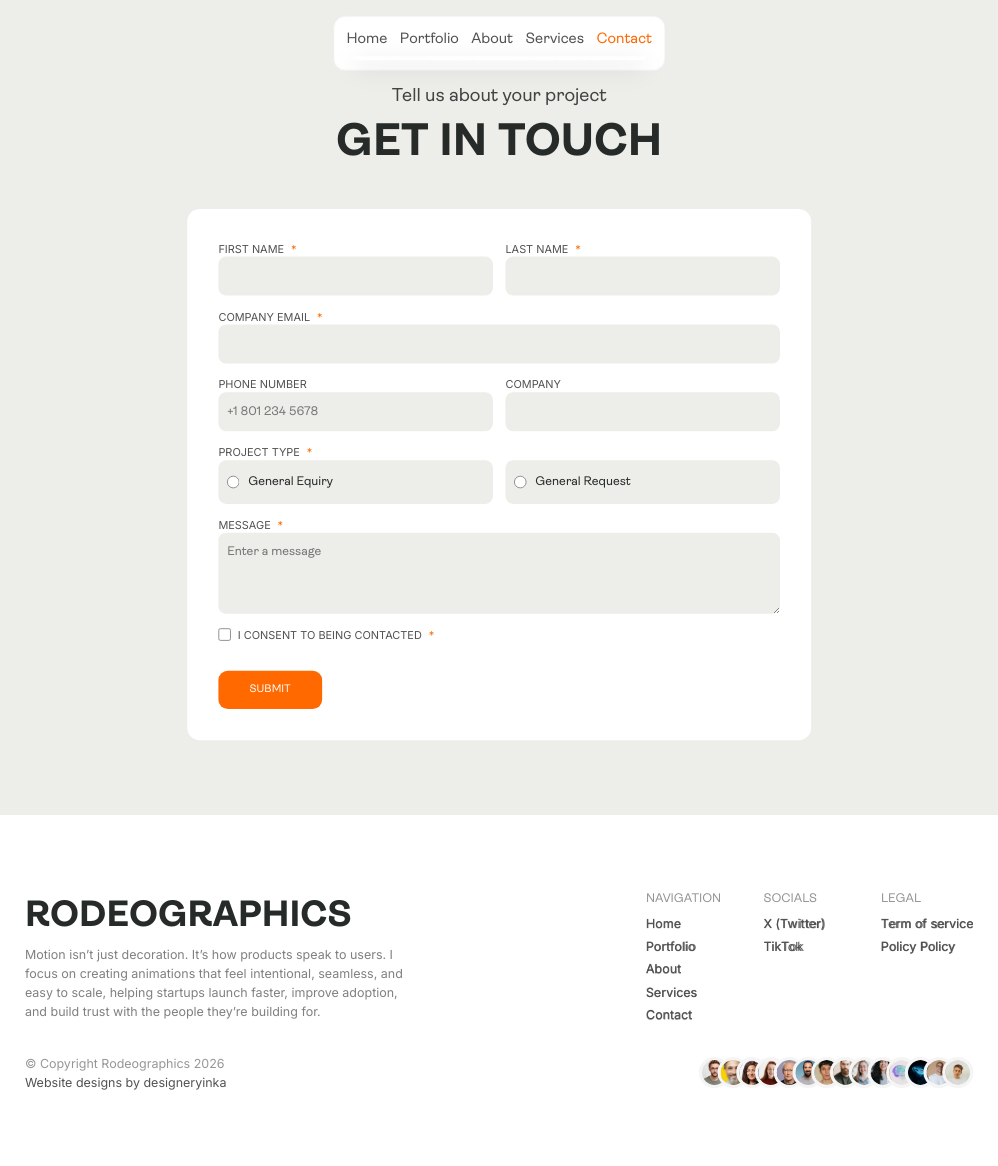
Repository: Ajeyinka/RodeoGraphics
Page: contact.html
An editor plug-in stored every save of this project. The page is shown before and after the next save, followed by the edit.
The browser window is 1280 px wide. The pictures show the whole page, at 78% of full size.

Above is the page before, as saved 2026-02-21 22:45:27.
Console error: ReferenceError: gsap is not defined

### contact.html
<!DOCTYPE html>
<html lang="en">
  <head>
    <meta charset="UTF-8" />
    <meta name="viewport" content="width=device-width, initial-scale=1.0" />
    <title>Contact | Motion Design for Startups</title>

    <meta
      name="description"
      content="Get in touch to discuss motion design for your product, startup, or upcoming launch."
    />
    <meta property="og:title" content="Contact | Motion Design for Startups" />
    <meta
      property="og:description"
      content="Get in touch to discuss motion design for your product, startup, or upcoming launch."
    />
    <meta property="og:image" content="" />
    <meta property="og:type" content="website" />
    <meta property="og:url" content="" />
    <script src="script.js" defer></script>
    <link rel="stylesheet" href="style.css" />
    <link
      rel="shortcut icon"
      href="images/favicon.ico.png"
      sizes="32x32"
      type="image/png"
    />
  </head>
  <body>
    <nav class="section_nav">
      <div class="container_large">
        <div class="container_nav">
          <div class="two-col-flex">
            <div class="nav_brand">
              <a href="index.html" class="nav_brand-link">
                <span>Rodeographics</span>
              </a>
            </div>
            <a href="#" class="toggle_button" id="toggle_button">
              <span class="bar one"></span>
              <span class="bar two"></span>
            </a>
          </div>
          <!-- Brand / Logo -->

          <!-- Navigation Menu -->
          <div class="nav_menu">
            <ul class="nav_list">
              <li class="nav_item">
                <a href="index.html" class="nav_link">Home</a>
              </li>
              <li class="nav_item">
                <a href="portfolio.html" class="nav_link">Portfolio</a>
              </li>

              <li class="nav_item">
                <a href="about.html" class="nav_link">About</a>
              </li>

              <li class="nav_item">
                <a href="services.html" class="nav_link">Services</a>
              </li>

              <li class="nav_item">
                <a href="contact.html" class="nav_link">Contact</a>
              </li>
            </ul>
          </div>
        </div>
      </div>
    </nav>

    <main>
      <section class="section_contact">
        <div class="container_large">
          <div class="padding_global">
            <div class="form_component">
              <div class="title-top">
                <p class="tag">Tell us about your project</p>
                <h1>GET IN TOUCH</h1>
              </div>
            </div>
            <div class="form-block">
              <form
                action="https://formspree.io/f/xzdapnao"
                method="POST"
                novalidate
              >
                <div class="form-group">
                  <label for="fname">First Name</label>
                  <input
                    type="text"
                    name="first_name"
                    class="input"
                    id="fName"
                    required
                  />
                </div>
                <div class="form-group">
                  <label for="lname">Last Name</label>
                  <input
                    type="text"
                    name="last_name"
                    class="input"
                    id="lName"
                    required
                  />
                </div>
                <div class="form-group span-all">
                  <label for="email">Company Email</label>
                  <input
                    type="email"
                    name="company_email"
                    class="input"
                    id="email"
                    required
                  />
                </div>
                <div class="form-group">
                  <label for="tel"> Phone Number</label>
                  <input
                    type="tel"
                    class="input phone-input"
                    placeholder="+1 801 234 5678"
                    inputmode="tel"
                    autocomplete="tel"
                    id="tel"
                  />
                </div>

                <div class="form-group">
                  <label for="company">Company</label>

                  <input
                    type="text"
                    name="company"
                    class="input"
                    id="company"
                  />
                </div>

                <fieldset class="span-all">
                  <legend>Project Type</legend>

                  <div class="form-group">
                    <input
                      type="radio"
                      id="general"
                      name="project"
                      value="General Equiry"
                      required
                    />
                    <label for="general">General Equiry</label>
                  </div>

                  <div class="form-group">
                    <input
                      type="radio"
                      id="support"
                      name="project"
                      value="General Requesr"
                      required
                    />
                    <label for="support">General Request</label>
                  </div>
                </fieldset>

                <div class="form-group span-all">
                  <label for="message">Message</label>
                  <textarea
                    name="textarea"
                    id="textarea"
                    class="input"
                    placeholder="Enter a message"
                    required
                  ></textarea>
                </div>
                <div class="form-group span-all">
                  <input type="checkbox" name="consent" id="consent" required />
                  <label for="consent">I consent to being contacted</label>
                </div>

                <div class="input-submit">
                  <button type="submit" class="button-submit button">
                    <span class="text text-primary">Submit</span>
                  </button>
                </div>
                <div class="form-success">
                  Thanks for reaching out. I’ll get back to you within 24 hours.
                </div>
              </form>
            </div>
          </div>
        </div>
      </section>
    </main>
    <footer>
      <div class="container_large">
        <div class="padding_global">
          <div class="footer-grid">
            <div class="footer-left">
              <h2>Rodeographics</h2>
              <p>
                Motion isn’t just decoration. It’s how products speak to users.
                I focus on creating animations that feel intentional, seamless,
                and easy to scale, helping startups launch faster, improve
                adoption, and build trust with the people they’re building for.
              </p>
            </div>
            <div class="footer-right">
              <div class="footer_link-wrapper">
                <div class="footer_links">
                  <h4>Navigation</h4>
                  <a href="index.html" class="footer_link">Home</a>
                  <a href="portfolio.html" class="footer_link">Portfolio</a>
                  <a href="about.html" class="footer_link">About</a>
                  <a href="services.html" class="footer_link">Services</a>
                  <a href="contact.html" class="footer_link">Contact</a>
                </div>
                <div class="footer_links">
                  <h4>Socials</h4>
                  <a href="https://x.com/designerola01" class="footer_link"
                    >X (Twitter)</a
                  >

                  <a
                    href="https://www.tiktok.com/@rodeodesigns?_r=1&_t=ZS-93MZgyCcf5N"
                    class="footer_link"
                    >TikTok</a
                  >
                </div>
                <div class="footer_links">
                  <h4>Legal</h4>
                  <a href="services.html" class="footer_link"
                    >Term of service</a
                  >

                  <a href="privacy.html" class="footer_link">Policy Policy</a>
                </div>
              </div>
            </div>
          </div>
          <div class="footer-bottom">
            <div>
              <p class="Copyright">© Copyright Rodeographics 2026</p>
              <a href="https://designeryinka.com/" target="_blank"
                >Website designs by designeryinka</a
              >
            </div>

            <div class="footer_proof">
              <img src="images/1.png" alt="" />
              <img src="images/2.png" alt="" />
              <img src="images/3.png" alt="" />
              <img src="images/4.png" alt="" />
              <img src="images/5.png" alt="" />
              <img src="images/6.png" alt="" />
              <img src="images/adewale.png" alt="" />
              <img src="images/adewale1.png" alt="" />
              <img src="images/adewale2.png" alt="" />
              <img src="images/adewale4.png" alt="" />
              <img src="images/adewalw5.png" alt="" />
              <img src="images/adewale6.png" alt="" />
              <img src="images/adewale7.png" alt="" />
              <img src="images/adewalw8.png" alt="" />
            </div>
          </div>
        </div>
      </div>
    </footer>
  </body>
</html>

Loaded but not shown: script.js (338 lines, source omitted); style.css (1971 lines, source omitted)

After the next save:
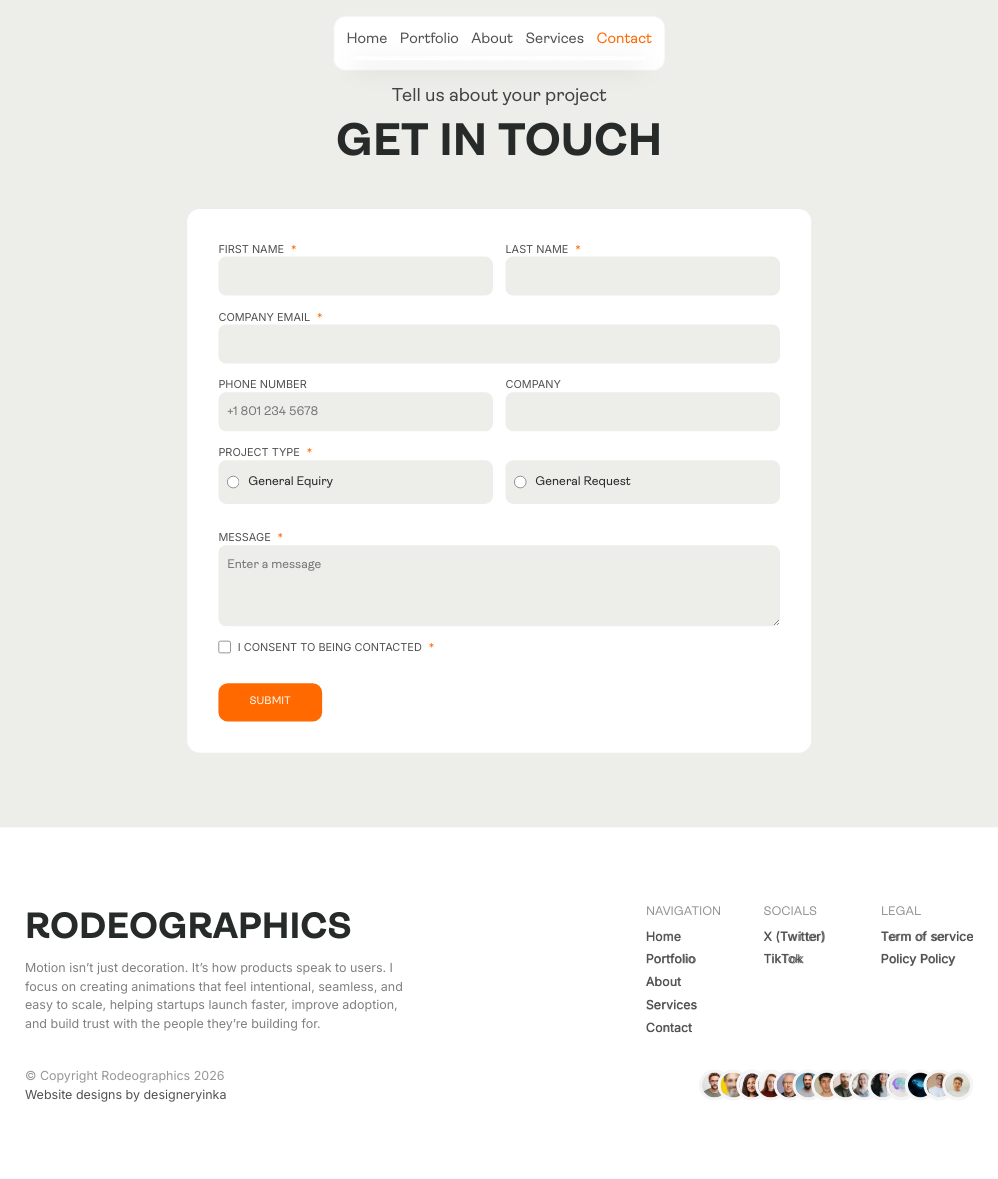
Saved 2 min 38 s later.
--- a/contact.html
+++ b/contact.html
@@ -95,6 +95,7 @@
                     id="fName"
                     required
                   />
+                  <span class="error-message" aria-live="polite"></span>
                 </div>
                 <div class="form-group">
                   <label for="lname">Last Name</label>
@@ -105,6 +106,7 @@
                     id="lName"
                     required
                   />
+                  <span class="error-message" aria-live="polite"></span>
                 </div>
                 <div class="form-group span-all">
                   <label for="email">Company Email</label>
@@ -115,6 +117,7 @@
                     id="email"
                     required
                   />
+                  <span class="error-message" aria-live="polite"></span>
                 </div>
                 <div class="form-group">
                   <label for="tel"> Phone Number</label>
@@ -126,6 +129,7 @@
                     autocomplete="tel"
                     id="tel"
                   />
+                  <span class="error-message" aria-live="polite"></span>
                 </div>
 
                 <div class="form-group">
@@ -137,6 +141,7 @@
                     class="input"
                     id="company"
                   />
+                  <span class="error-message" aria-live="polite"></span>
                 </div>
 
                 <fieldset class="span-all">
@@ -163,6 +168,7 @@
                     />
                     <label for="support">General Request</label>
                   </div>
+                  <span class="error-message" aria-live="polite"></span>
                 </fieldset>
 
                 <div class="form-group span-all">
@@ -174,10 +180,12 @@
                     placeholder="Enter a message"
                     required
                   ></textarea>
+                  <span class="error-message" aria-live="polite"></span>
                 </div>
                 <div class="form-group span-all">
                   <input type="checkbox" name="consent" id="consent" required />
                   <label for="consent">I consent to being contacted</label>
+                  <span class="error-message" aria-live="polite"></span>
                 </div>
 
                 <div class="input-submit">
